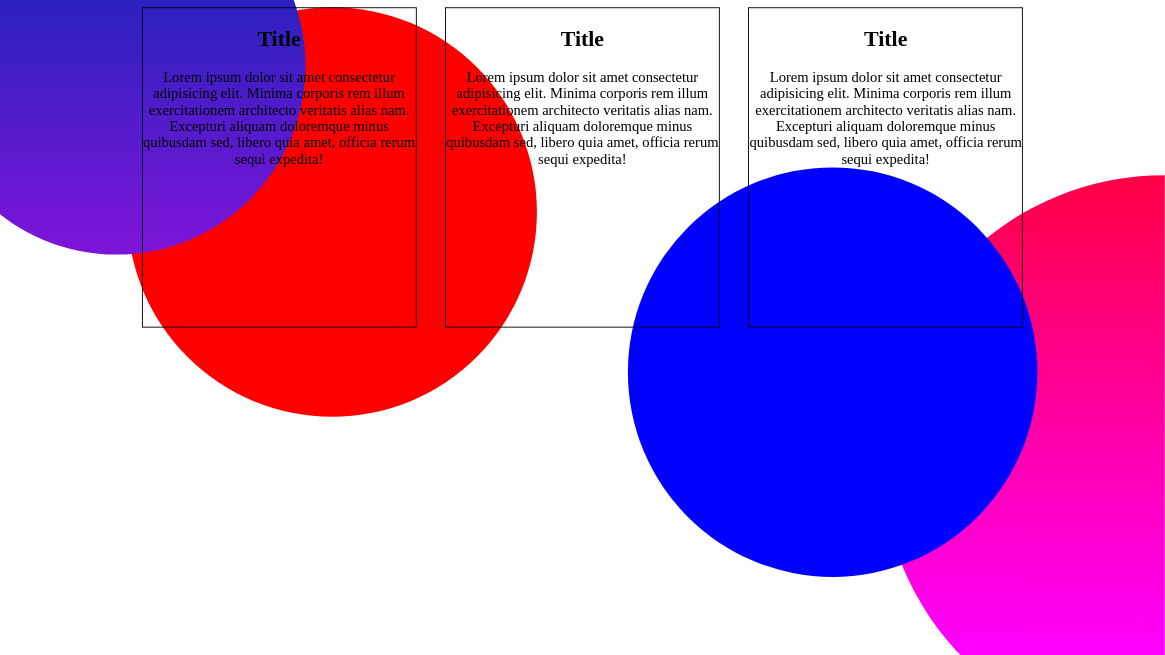
Repository: dovanluyen1996/Test-Git-PR
Page: index.html
These files come from the project's save history. The page is drawn as it stood at one moment and after the next save; the edit follows.
The browser window is 1280 px wide. The pictures show the whole page, at 91% of full size.

Above is the page before, as saved 2021-09-06 23:37:55.

### index.html
<!DOCTYPE html>
<html lang="en">
  <head>
    <meta charset="UTF-8" />
    <meta http-equiv="X-UA-Compatible" content="IE=edge" />
    <meta name="viewport" content="width=device-width, initial-scale=1.0" />
    <title>TestVsCode</title>
    <link rel="stylesheet" href="css/style.css" />
  </head>

  <body>
    <div class="container">
      <div class="test1"></div>
      <div class="test2"></div>

      <div class="center">
        <div class="item-center">
          <h2>Title</h2>
          <p class="text">
            Lorem ipsum dolor sit amet consectetur adipisicing elit. Minima
            corporis rem illum exercitationem architecto veritatis alias nam.
            Excepturi aliquam doloremque minus quibusdam sed, libero quia amet,
            officia rerum sequi expedita!
          </p>
        </div>
        <div class="item-center">
          <h2>Title</h2>
          <p class="text">
            Lorem ipsum dolor sit amet consectetur adipisicing elit. Minima
            corporis rem illum exercitationem architecto veritatis alias nam.
            Excepturi aliquam doloremque minus quibusdam sed, libero quia amet,
            officia rerum sequi expedita!
          </p>
        </div>
        <div class="item-center">
          <h2>Title</h2>
          <p class="text">
            Lorem ipsum dolor sit amet consectetur adipisicing elit. Minima
            corporis rem illum exercitationem architecto veritatis alias nam.
            Excepturi aliquam doloremque minus quibusdam sed, libero quia amet,
            officia rerum sequi expedita!
          </p>
        </div>
      </div>
    </div>
  </body>
</html>

### css/style.css
body {
}
body::before {
  content: "";
  position: absolute;
  top: 0;
  left: 0;
  width: 100%;
  height: 100%;
  background: linear-gradient(#f00, #f0f);
  clip-path: circle(30% at right 70%);
}
body::after {
  content: "";
  position: absolute;
  top: 0;
  left: 0;
  width: 100%;
  height: 100%;
  background: linear-gradient(rgb(44, 33, 192), #f0f);
  clip-path: circle(20% at 10% 10%);
}
.container {
  width: 1000px;
  margin: 0 auto;
  position: relative;
}
.test1 {
  width: 450px;
  height: 450px;
  background-color: red;
  border-radius: 50%;
  position: absolute;
}
.test2 {
  width: 450px;
  height: 450px;
  background-color: blue;
  border-radius: 50%;
  position: absolute;
  right: 0;
  top: 50%;
}
.item-center {
  width: 300px;
  height: 350px;
  border: 1px solid black;
  text-align: center;
  margin: 0 auto;
}
.center {
  position: relative;
  z-index: 999;
  top: 50%;
  display: flex;
}

After the next save:
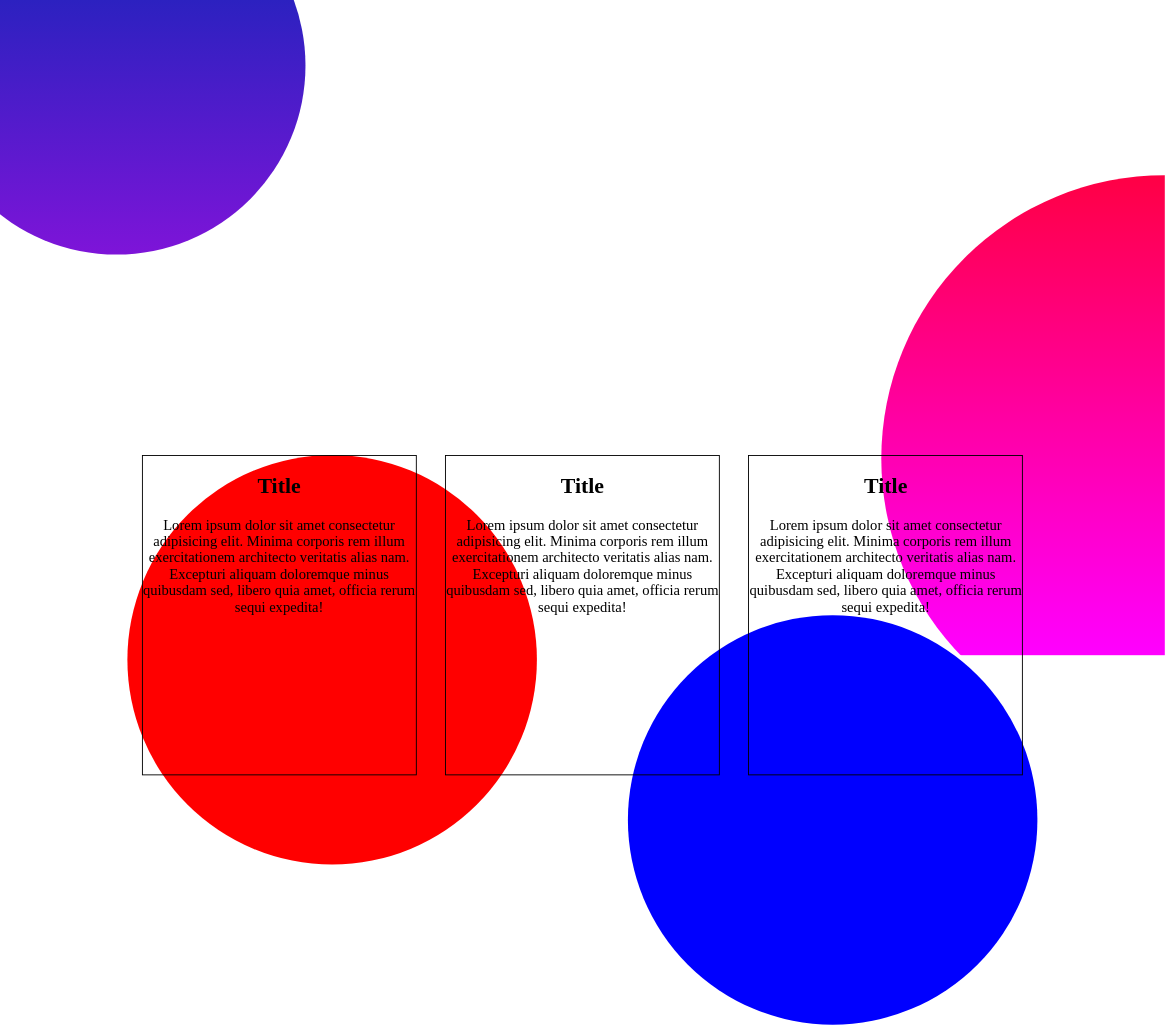
Saved 11 s later.
--- a/css/style.css
+++ b/css/style.css
@@ -51,6 +51,6 @@ body::after {
 .center {
   position: relative;
   z-index: 999;
-  top: 50%;
+  margin-top: 50%;
   display: flex;
 }
